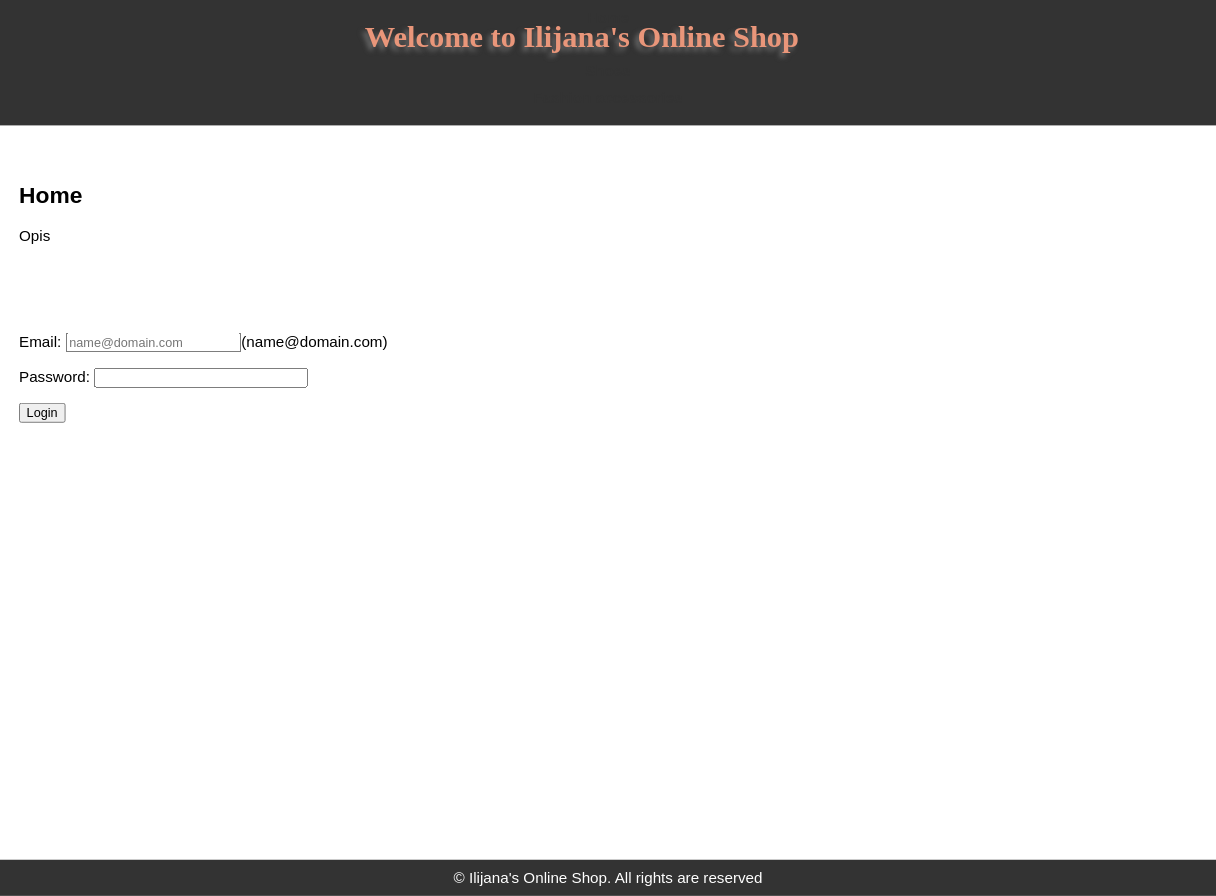
Repository: ilijana123/Proekt1
Page: html.html
The author's editor kept a copy of each file at every save. The page is drawn from the files as they stood at one save, then again after the next save.
The browser window is 1280 px wide. The pictures show the whole page, at 95% of full size.

Above is the page before, as saved 2023-11-12 23:21:30.

After the next save:
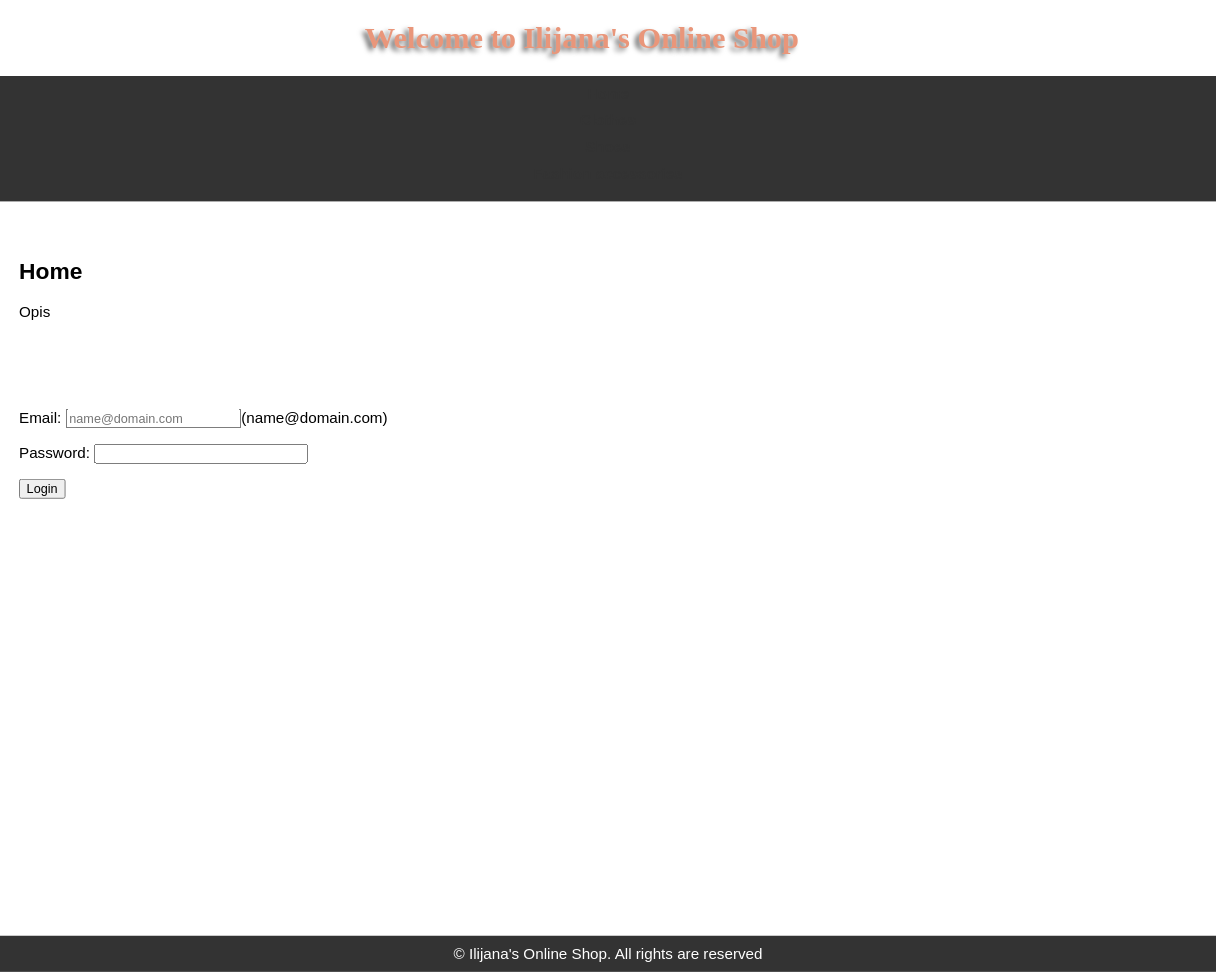
Saved 24 s later.
--- a/1.css
+++ b/1.css
@@ -2,7 +2,7 @@ h1  {
      font-family: fantasy;
         color:darksalmon;
         text-shadow: -4px 4px 6px dimgrey;
-        position:fixed;
+        position:relative;
         margin-left: 30%;
     }
     body {
